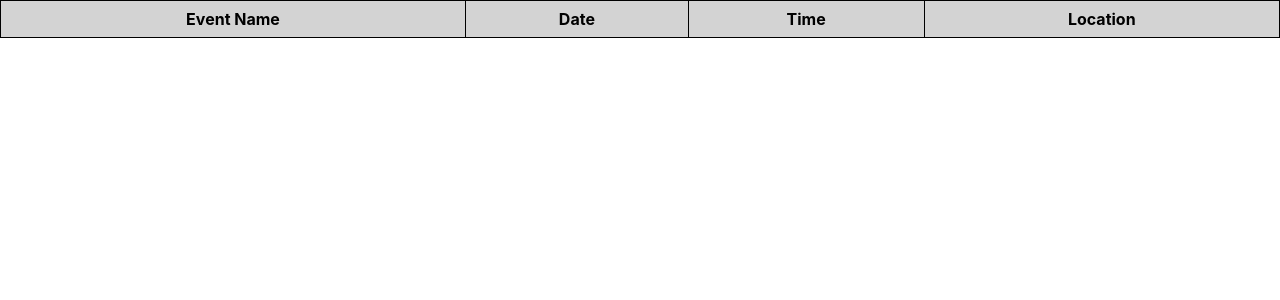
Repository: TauqeerHusain/Assignment
Page: /
An editor plug-in stored every save of this project. The page is shown before and after the next save, followed by the edit.
The browser window is 1280 px wide. The pictures show the whole page.
The page's requests for data from a server got no answer. The project was rebuilt for these pictures with package versions that can differ from the ones it lists, and the page was loaded fresh each time. No one was signed in, and anything a server would have sent is missing.

Above is the page before, as saved 2023-02-06 19:36:21.

After the next save:
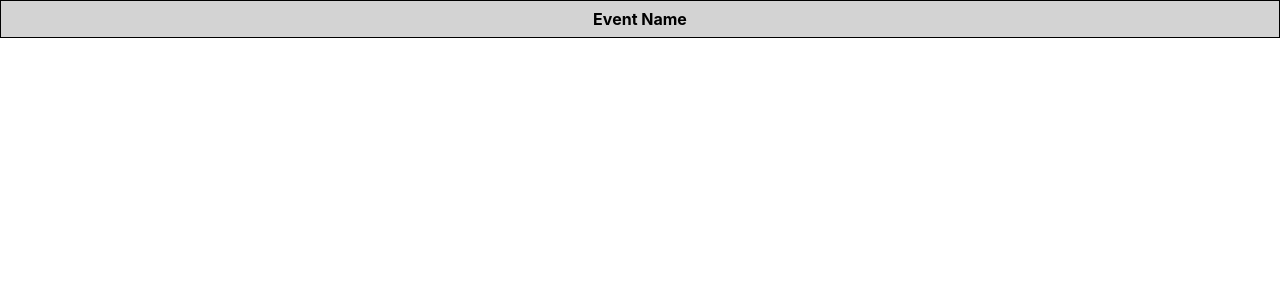
Saved 69 s later.
--- a/src/App.js
+++ b/src/App.js
@@ -16,9 +16,6 @@ const App = () => {
       <thead>
         <tr>
           <th>Event Name</th>
-          <th>Date</th>
-          <th>Time</th>
-          <th>Location</th>
         </tr>
       </thead>
       <tbody>
